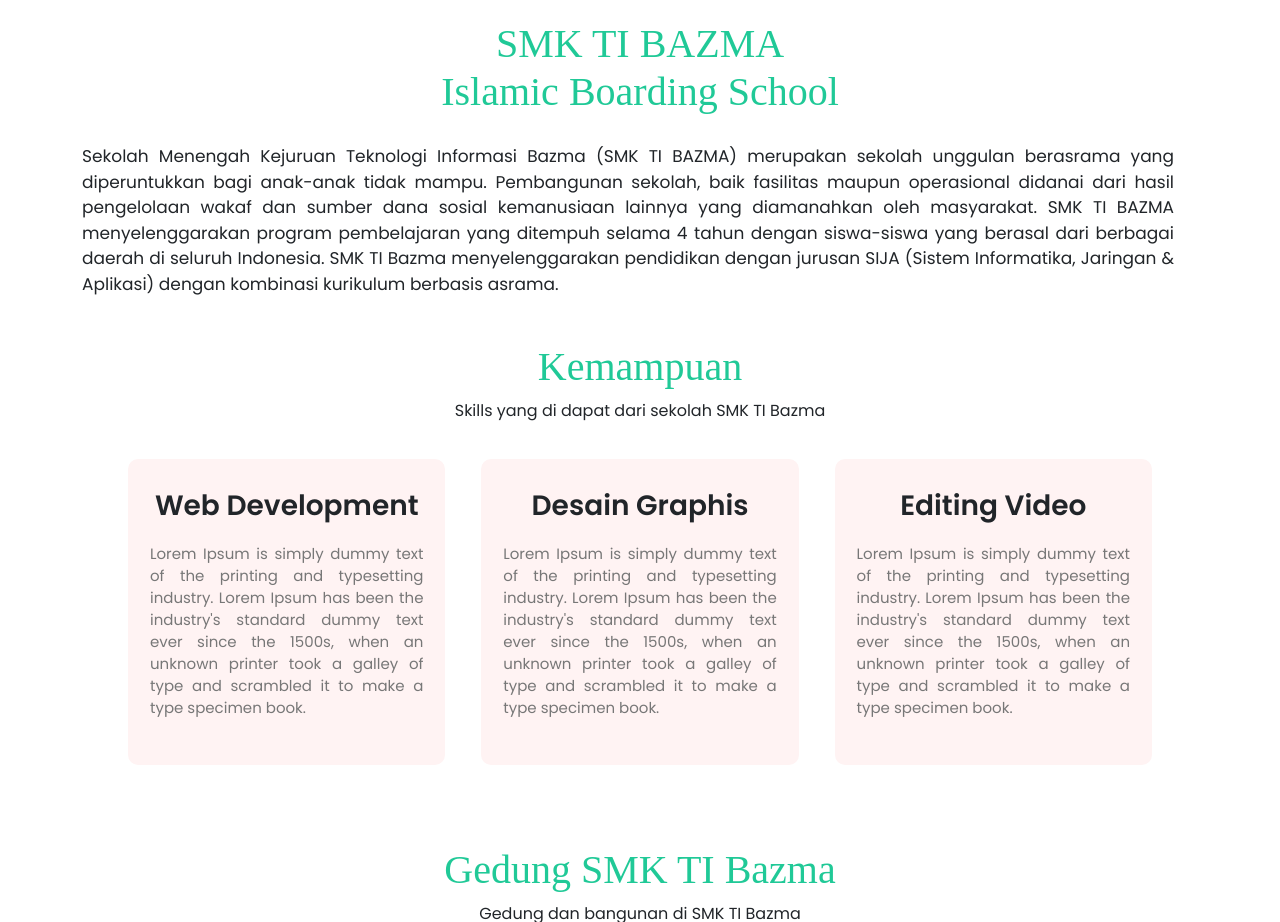
Repository: farhannurrahmat/Landing-Page-School
Page: index.html
These files come from the project's save history. The page is drawn as it stood at one moment and after the next save; the edit follows.
The browser window is 1280 px wide. The pictures show the part of the page from y = 720 to 1642 px (the page is 4147 px tall).
A picture or video elsewhere on the page could not be fetched, so the positions and the page height are approximate.

Above is the page before, as saved 2024-01-31 08:48:56.

### index.html
<!DOCTYPE html>
<html lang="en">

<head>

  <meta charset="UTF-8">
  <meta http-equiv="X-UA-Compatible" content="IE=edge">
  <meta name="viewport" content="width=device-width, initial-scale=1.0">
  <title>SMK TI BAZMA</title>
  <link rel="stylesheet" href="css/style.css">
  <link rel="stylesheet"
    href="https://cdn.jsdelivr.net/npm/@fortawesome/fontawesome-free@6.2.1/css/fontawesome.min.css">
  <link href="https://cdn.jsdelivr.net/npm/bootstrap@5.0.2/dist/css/bootstrap.min.css" rel="stylesheet"
    integrity="sha384-EVSTQN3/azprG1Anm3QDgpJLIm9Nao0Yz1ztcQTwFspd3yD65VohhpuuCOmLASjC" crossorigin="anonymous">
  <link rel="stylesheet" href="fontawesome-free-6.3.0-web/fontawesome-free-6.3.0-web/css/all.css">
  <link href="https://fonts.googleapis.com/css2?family=Poppins:wght@100;200;300;400;500;600;700;800;900&display=swap"
    rel="stylesheet">
  <link rel="stylesheet" type="text/css"
    href="https://cdnjs.cloudflare.com/ajax/libs/font-awesome/5.15.1/css/all.min.css" />

</head>

<body>
  <!-- Navbar -->
  <section class="header">
    <nav>
      <a href="index.html"><img src="img/Bazma.png"></a>
      <div class="nav-links" id="navLinks">
    </nav>

    <!-- Banner -->
    <div class="text-box">
      <h1>SMK TI BAZMA</h1>
      <p>Sekolah Cerdas, Jago IT, & Pinter Ngaji</p>
      <a href="/about.html" class="hero-btn">Selengkapnya</a>
    </div>
  </section>

  <!-- Deskripsi -->
  <div class="container text-center">
    <div class="row ">
      <div class="col">
        <h1>SMK TI BAZMA<br>Islamic Boarding School</h1>
      </div>
      <div class="row">
        <div class="col ">
          <p style="text-align: justify;">Sekolah Menengah Kejuruan Teknologi Informasi Bazma (SMK TI BAZMA) merupakan sekolah unggulan berasrama
            yang diperuntukkan bagi anak-anak tidak mampu. Pembangunan sekolah, baik fasilitas maupun operasional
            didanai dari hasil pengelolaan wakaf dan sumber dana sosial kemanusiaan lainnya yang diamanahkan oleh
            masyarakat.

            SMK TI BAZMA menyelenggarakan program pembelajaran yang ditempuh selama 4 tahun dengan siswa-siswa yang
            berasal dari berbagai daerah di seluruh Indonesia. SMK TI Bazma menyelenggarakan pendidikan dengan jurusan
            SIJA (Sistem Informatika, Jaringan & Aplikasi) dengan kombinasi kurikulum berbasis asrama.</p>
        </div>
      </div>
    </div>
  </div>

  <!-- Postingan -->
  <section class="course">
    <h1>Kemampuan</h1>
    <p>Skills yang di dapat dari sekolah SMK TI Bazma</p>

    <div class="row1">
      <div class="course-col1">
        <h3>Web Development</h3>
        <p style="text-align: justify;">Lorem Ipsum is simply dummy text of the printing and typesetting industry. Lorem Ipsum has been the
          industry's standard dummy text ever since the 1500s, when an unknown printer took a galley of type and
          scrambled it to make a type specimen book.</p>
      </div>

      <div class="course-col1">
        <h3>Desain Graphis</h3>
        <p style="text-align: justify;">Lorem Ipsum is simply dummy text of the printing and typesetting industry. Lorem Ipsum has been the
          industry's standard dummy text ever since the 1500s, when an unknown printer took a galley of type and
          scrambled it to make a type specimen book.</p>
      </div>

      <div class="course-col1">
        <h3>Editing Video</h3>
        <p style="text-align: justify;">Lorem Ipsum is simply dummy text of the printing and typesetting industry. Lorem Ipsum has been the
          industry's standard dummy text ever since the 1500s, when an unknown printer took a galley of type and
          scrambled it to make a type specimen book.</p>
      </div>
    </div>
  </section>

  <!-- Gedung -->
  <section class="campus">
    <h1>Gedung SMK TI Bazma</h1>
    <p>Gedung dan bangunan di SMK TI Bazma </p>

    <div class="row">
      <div class="col-sm-4">
        <div class="campus-col">
          <img src="./img/london.png">
          <div class="layer">
            <h3>Gedung 1</h3>
          </div>
        </div>
      </div>

      <div class="col-sm-4">
        <div class="campus-col">
          <img src="./img/newyork.png">
          <div class="layer">
            <h3>Gedung 2</h3>
          </div>
        </div>
      </div>

      <div class="col-sm-4">
        <div class="campus-col">
          <img src="./img/washington.png">
          <div class="layer">
            <h3>Gedung 3</h3>
          </div>
        </div>
      </div>

    </div>
  </section>

  <!--Fasilitas  -->
  <section class="fasilitas">
    <h1>Fasilitas Kami</h1>
    <p>Fasilitas yang ada di sekolah SMK TI Bazma</p>

    <div class="row">
      <div class="col-sm-4">
        <div class="fasilitas-col">
          <img src="./img/library.png">
          <h3>Ruangan Perpustakaan</h3>
          <p>Lorem Ipsum is simply dummy text of the printing and typesetting industry.</p>
        </div>
      </div>
      <div class="col-sm-4">
        <div class="fasilitas-col">
          <img src="./img/basketball.png">
          <h3>Ruangan Bermain</h3>
          <p>Lorem Ipsum is simply dummy text of the printing and typesetting industry.</p>
        </div>
      </div>
      <div class="col-sm-4">
        <div class="fasilitas-col">
          <img src="./img/cafeteria.png">
          <h3>Ruangan Makan/Kantin</h3>
          <p>Lorem Ipsum is simply dummy text of the printing and typesetting industry.</p>
        </div>
      </div>
    </div>

  </section>

  <!--Staff/tim-->
  <div class="container fluid pt-5 pb-5 bg-light">
    <div class="container text-center">
      <h2 class="Tim" id="staff">Tim kami</h2>
      <p>Tim Pembuat Website SMK TI Bazma V.2.0</p>
      <div class="row">

        <div class="col-md-3 text-center tim">
          <img src="./img/firman.png" class="rounded-circle mb-3">
          <h4>Firmansyah</h4>
          <p>Web Designer</p>
          <p>
            <a href="" class="social">
              <i class="fa-brands fa-twitter"></i>
            </a>
            <a href="" class="social">
              <i class="fa-brands fa-instagram"></i>
            </a>
            <a href="" class="social">
              <i class="fa-brands fa-facebook"></i>
            </a>
          </p>
        </div>

        <div class="col-md-3 tex-center tim">
          <img src="./img/farhan.png" class="rounded-circle mb-3">
          <h4>Farhan</h4>
          <p>Content Creator</p>
          <p>
            <a href="" class="social">
              <i class="fa-brands fa-twitter"></i>
            </a>
            <a href="" class="social">
              <i class="fa-brands fa-instagram"></i>
            </a>
            <a href="" class="social">
              <i class="fa-brands fa-facebook"></i>
            </a>
          </p>
        </div>

        <div class="col-md-3 tex-center tim">
          <img src="./img/hafiz.png" class="rounded-circle mb-3">
          <h4>Hafiz Al-fitrah</h4>
          <p>Web Designer</p>
          <p>
            <a href="" class="social">
              <i class="fa-brands fa-twitter"></i>
            </a>
            <a href="" class="social">
              <i class="fa-brands fa-instagram"></i>
            </a>
            <a href="" class="social">
              <i class="fa-brands fa-facebook"></i>
            </a>
          </p>
        </div>

        <div class="col-md-3 tex-center tim">
          <img src="./img/wahyuda.png" class="rounded-circle mb-3">
          <h4>Wahyuda</h4>
          <p>Content Creator</p>
          <p>
            <a href="" class="social">
              <i class="fa-brands fa-twitter"></i>
            </a>
            <a href="" class="social">
              <i class="fa-brands fa-instagram"></i>
            </a>
            <a href="" class="social">
              <i class="fa-brands fa-facebook"></i>
            </a>
          </p>
        </div>
      </div>

    </div>
  </div>

  <section class="cta">
    <h1>Inilah Sekolah SMK TI Bazma<br>yang melahirkan generasi hebat jago IT</h1>
    <a href="/kontak.html" class="hero-btn">Kontak Kami</a>
  </section>

  <!-- Footer -->
  <footer class="footer">
    <div class="container-footer">
      <div class="row-footer">
        <div class="footer-col">
          <h4>ABOUT THIS SCHOOL</h4>
          <ul>
            <li><a href="#">About us</a></li>
            <li><a href="#">Contact us</a></li>
            <li><a href="#">Blog</a></li>
            <li><a href="#">baituzzakah pertamina</a></li>
            <li><a href="#">Carrers</a></li>
          </ul>
        </div>
        <div class="footer-col">
          <h4>EDUCATION</h4>
          <ul>
            <li><a href="#">literature teacher</a></li>
            <li><a href="#">student</a></li>
            <li><a href="#">chef</a></li>
            <li><a href="#">IT teacher</a></li>
            <li><a href="#">math teacher</a></li>
            <li><a href="#">art teacher</a></li>
            <li><a href="#">internship theacher</a></li>
          </ul>
        </div>
        <div class="footer-col">
          <h4>GUIDE AND HELP</h4>
          <ul>
            <li><a href="#">Care</a></li>
            <li><a href="#">Privacy Policy</a></li>
            <li><a href="#">Terms and Condition</a></li>
            <li><a href="#">Mitra</a></li>
          </ul>
        </div>
        <div class="footer-col">
          <h4>FOLLOW US ON</h4>
          <div class="social-media">
            <a href="#"><i class="fab fa-facebook"></i></a>
            <a href="#"><i class="fab fa-instagram"></i></a>
            <a href="#"><i class="fab fa-twitter"></i></a>
            <a href="#"><i class="fab fa-youtube"></i></a>
          </div>
        </div>

      </div>
    </div>
  </footer>

  <div class="fixed-footer">
    <div class="container">2023 SMK TI BAZMA SCH.ID</div>
  </div>


  <!-- javascript for toggle menu -->
  <script>

    var navLinks = document.getElementById("navLinks");

    function showMenu() {
      navLinks.style.right = "0";
    }
    function hideMenu() {
      navLinks.style.right = "-200px";
    }


  </script>

  <script src="https://cdn.jsdelivr.net/npm/@popperjs/core@2.9.2/dist/umd/popper.min.js"
    integrity="sha384-IQsoLXl5PILFhosVNubq5LC7Qb9DXgDA9i+tQ8Zj3iwWAwPtgFTxbJ8NT4GN1R8p"
    crossorigin="anonymous"></script>
  <script src="https://cdn.jsdelivr.net/npm/bootstrap@5.0.2/dist/js/bootstrap.min.js"
    integrity="sha384-cVKIPhGWiC2Al4u+LWgxfKTRIcfu0JTxR+EQDz/bgldoEyl4H0zUF0QKbrJ0EcQF"
    crossorigin="anonymous"></script>
</body>

</html>

### css/style.css
* {
  margin: 0;
  padding: 0;
  font-family: 'Poppins', sans-serif;
  box-sizing: border-box;
  line-height: 1.5;
}

/* Banner */
.header {
  min-height: 100vh;
  width: 100%;
  background-image: linear-gradient(rgba(4, 9, 30, 0.7), rgba(4, 9, 30, 0.7)), url("../img/smk.jpg");
  background-position: center;
  background-size: cover;
  position: relative
}

/* Navbar */
nav {
  display: flex;
  padding: 2% 6%;
  justify-content: space-between;
  align-items: center;
}

nav img {
  width: 150px;
}

.text-box {
  width: 90%;
  color: #fff;
  position: absolute;
  top: 50%;
  left: 50%;
  transform: translate(-50%, -50%);
  text-align: center;
}

.text-box h1 {
  font-size: 75px;
  font-family: Phenomena;
  color: #fff;
}

.text-box p {
  margin: 10px 0 40px;
  font-size: 20px;
  color: #fff;
}

.hero-btn {
  display: inline-block;
  text-decoration: none;
  color: #fff;
  border: 1px solid #fff;
  padding: 12px 34px;
  font-size: 13px;
  background: transparent;
  position: relative;
  cursor: pointer;
  border-radius: 10px;
}

.hero-btn:hover {
  border: 1px solid #fff;
  background: #0d6efd;
  transition: 1s;
  color: #fff;
}

nav .fa {
  display: none;
}

/* Responsive Navbar */
@media(max-width: 700px) {
  .text-box h1 {
    font-size: 50px;
    font-family: Phenomena;
  }

  /* .nav-links ul li {
    display: block;
  }

  .nav-links {
    position: absolute;
    background: #0d6efd;
    height: 100vh;
    width: 200px;
    top: 0;
    right: -200px;
    text-align: left;
    z-index: 2;
    transition: 1s;
  }

  nav .fa {
    display: block;
    color: #fff;
    margin: 10px;
    font-size: 22px;
    cursor: pointer;
  }

  .nav-links ul {
    padding: 30px;
  } */

}

/* Deskripsi */
.row {
  padding-top: 20px;
}

h1 {
  font-family: Phenomena;
  color: #20c997;
  font-weight: 600;
  font-size: 70px;
}

.col p {
  font-weight: 400;
  font-size: 17px;
}

/* Responsive Deskripsi */
@media(max-width: 700px) {
  h1 {
    font-family: Phenomena;
    color: #20c997;
    font-weight: 600;
    font-size: 30px;
  }

  .col p {
    font-weight: 400;
    font-size: 15px;
  }
}

/* Tim */
.tim img {
  width: 250px;
  border: 10px solid #cccccc;
}

a.social {
  display: inline-block;
  width: 40px;
  height: 40px;
  color: #fff;
  border-radius: 50%;
  background-color: #333;
  line-height: 40px;
}

.Tim {
  font-size: 50px;
  font-family: Phenomena;
  font-weight: 500;
  color: #20c997;
}

/*----- Postingan -----*/
.course {
  width: 80%;
  margin: auto;
  text-align: center;
  padding-top: 30px;
}

.course-col1 p {
  color: #777;
  font-size: 15px;
  font-weight: 400;
  line-height: 22px;
  padding: 10px;
}

.row1 {
  padding-top: 20px;
  display: flex;
  justify-content: space-between;
}

.course-col1 {
  flex-basis: 31%;
  background: #fff3f3;
  border-radius: 10px;
  margin-bottom: 5%;
  padding: 20px 12px;
  box-sizing: border-box;
  transition: 0.5s;
}

.course-col1 h3 {
  text-align: center;
  font-weight: 600;
  margin: 10px 0;
}

.course-col1:hover {
  box-shadow: 0 0 20px 0px rgba(0, 0, 0, 0.2);
}

/* Responsive Postingan */
@media(max-width: 700px) {
  .row1 {
    flex-direction: column;
  }
}

/* Gedung */
.campus {
  width: 80%;
  margin: auto;
  text-align: center;
  padding-top: 30px;
}

.campus-col {
  flex-basis: 33%;
  margin-bottom: 30px;
  position: relative;
  overflow: hidden;
  border-radius: 10px;
}

.campus-col img {
  width: 100%;
  display: block;
  border-radius: 10px;
}

.layer {
  background: transparent;
  height: 100%;
  width: 100%;
  position: absolute;
  top: 0;
  left: 0;
  transition: 0.5s;
}

.layer:hover {
  background: rgba(226, 0, 0, 0.7);
}

.layer h3 {
  width: 100%;
  font-weight: 500;
  color: #fff;
  font-size: 26px;
  bottom: 0;
  left: 0;
  transform: translateX(-50x);
  position: absolute;
  opacity: 0;
  transition: 0.5s;
}

.layer:hover h3 {
  bottom: 49%;
  opacity: 1;
}

/* Fasilitas */
.fasilitas {
  width: 80%;
  margin: auto;
  text-align: center;
  padding-top: 30px;
  display: block;
}

.fasilitas-col {
  flex-basis: 33.3%;
  border-radius: 10px;
  margin-bottom: 5%;
  text-align: left;
}

.fasilitas-col img {
  width: 100%;
  border-radius: 10px;
}

.fasilitas-col p {
  padding: 0;
  font-size: 12px;
}

.fasilitas-col h3 {
  margin-top: 16px;
  margin-bottom: 15px;
  text-align: left;
  font-size: medium;
}

/* call to action */
.cta {
  margin: 100px auto;
  width: 90%;
  background-image: linear-gradient(rgba(0, 0, 0, 0.7), rgba(0, 0, 0, 0.7)), url("../img/banner2.jpg");
  background-position: center;
  background-size: cover;
  border-radius: 10px;
  text-align: center;
  padding: 100px 0;
}

.cta h1 {
  color: #fff;
  margin-bottom: 40px;
  padding: 0;
}

/* Responsive call to action */
@media(max-width: 700px) {
  .cta h1 {
    font-size: medium;
  }
}

/* Footer */
.container-footer {
  max-width: 1170px;
  margin: auto;
}

.row-footer {
  display: flex;
  flex-wrap: wrap;
}

.footer-col ul {
  list-style: none;
}

.footer {
  background-color: rgba(27, 27, 27, 1);
  padding: 70px 0;
}

.footer-col {
  width: 25%;
  padding: 0 15px;
}

.footer-col h4 {
  font-size: 18px;
  color: rgba(255, 255, 255, 1);
  text-transform: capitalize;
  margin-bottom: 35px;
  font-weight: 500;
  position: relative;
}

.footer-col h4::before {
  content: "";
  position: absolute;
  left: 0;
  bottom: -10px;
  background-color: #0d6efd;
  height: 2px;
  box-sizing: border-box;
  width: 50px;
}

.footer-col ul li:not(:last-child) {
  margin-bottom: 10px;
}

.footer-col ul li a {
  font-size: 16px;
  text-transform: capitalize;
  color: rgba(255, 255, 255, 1);
  text-decoration: none;
  font-weight: 300;
  color: #bbbbbb;
  display: block;
  transition: all 0.3s ease;
}

.footer-col ul li a:hover {
  color: #0d6efd;
  padding-left: 8px;
}

.footer-col .social-media a {
  display: inline-block;
  height: 40px;
  width: 40px;
  background-color: rgba(255, 255, 255, 0.2);
  margin: 0 10px 10px 0;
  text-align: center;
  line-height: 40px;
  border-radius: 50%;
  color: rgba(255, 255, 255, 0.5);
  margin: 0 10px 10px 0;
  transition: all 0.5s ease;
}

.footer-col .social-media a:hover {
  color: rgba(80, 82, 243, 0.8);
  background-color: rgba(236, 236, 236, 0.8);
}

.fixed-footer {
  width: 100%;
  position: relative;
  background: #333;
  margin: 0 10px 10px 0;
  padding: 10px 0;
  color: rgba(255, 255, 255, 1);
  text-align: center;
}

.fixed-footer {
  bottom: 0;
}

/* responsive Footer*/
@media (max-width: 767px) {
  .footer-col {
    width: 50%;
    margin-bottom: 30px;
  }
}

@media (max-width: 574px) {
  .footer-col {
    width: 100%;
  }
}

After the next save:
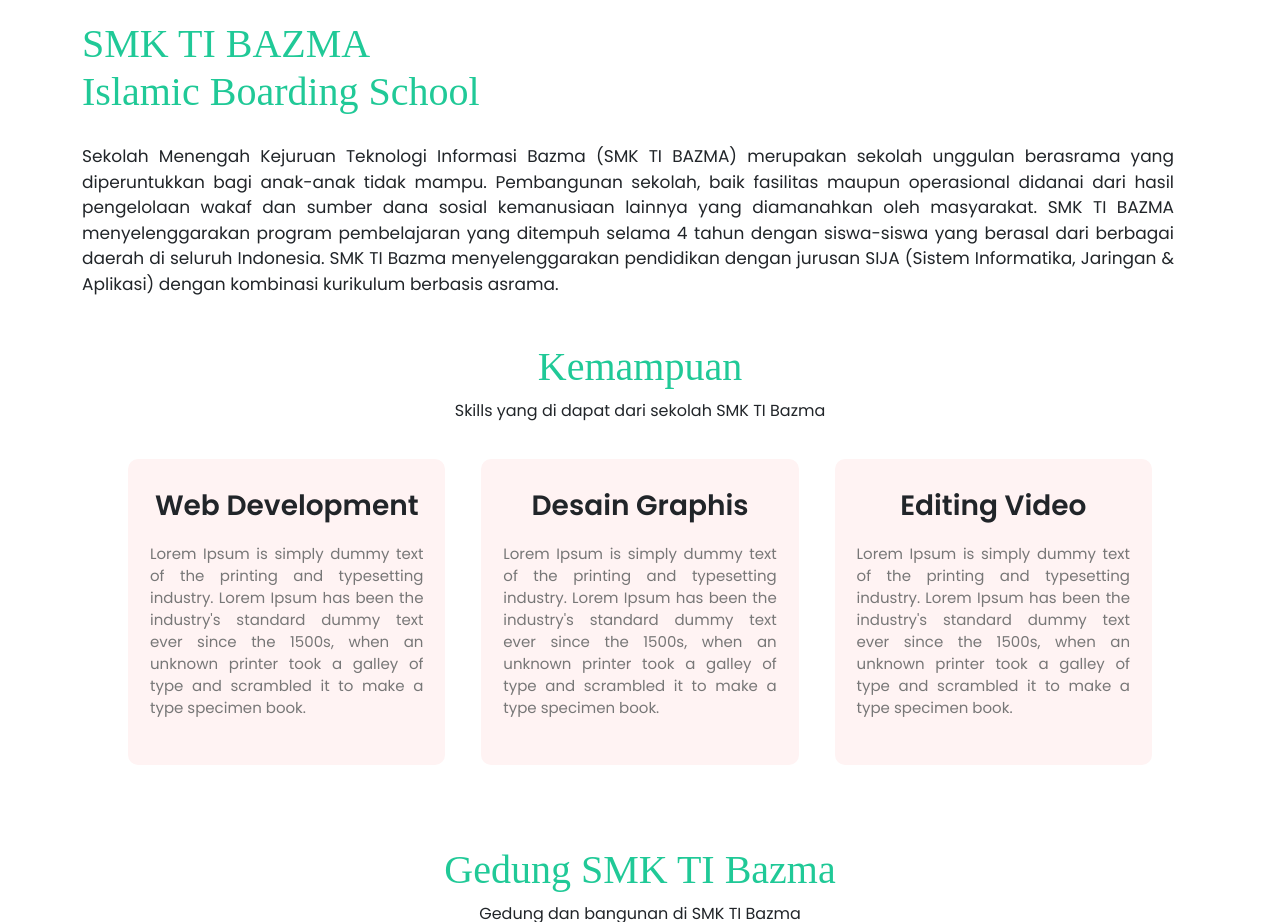
Saved 64 s later.
--- a/index.html
+++ b/index.html
@@ -37,7 +37,7 @@
   </section>
 
   <!-- Deskripsi -->
-  <div class="container text-center">
+  <div class="container">
     <div class="row ">
       <div class="col">
         <h1>SMK TI BAZMA<br>Islamic Boarding School</h1>
